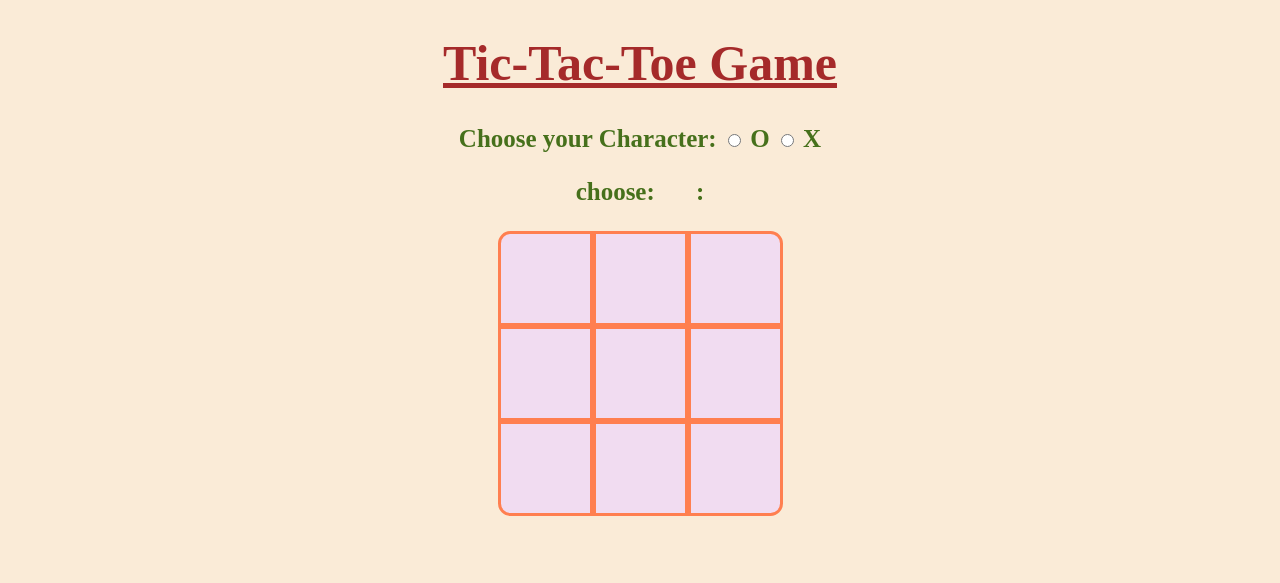
Repository: 0101chaitanya/Tic-Tac-Toe
Page: index.html
An editor plug-in stored every save of this project. The page is shown before and after the next save, followed by the edit.
The browser window is 1280 px wide. The pictures show the whole page.

Above is the page before, as saved 2021-06-12 13:31:22.

After the next save:
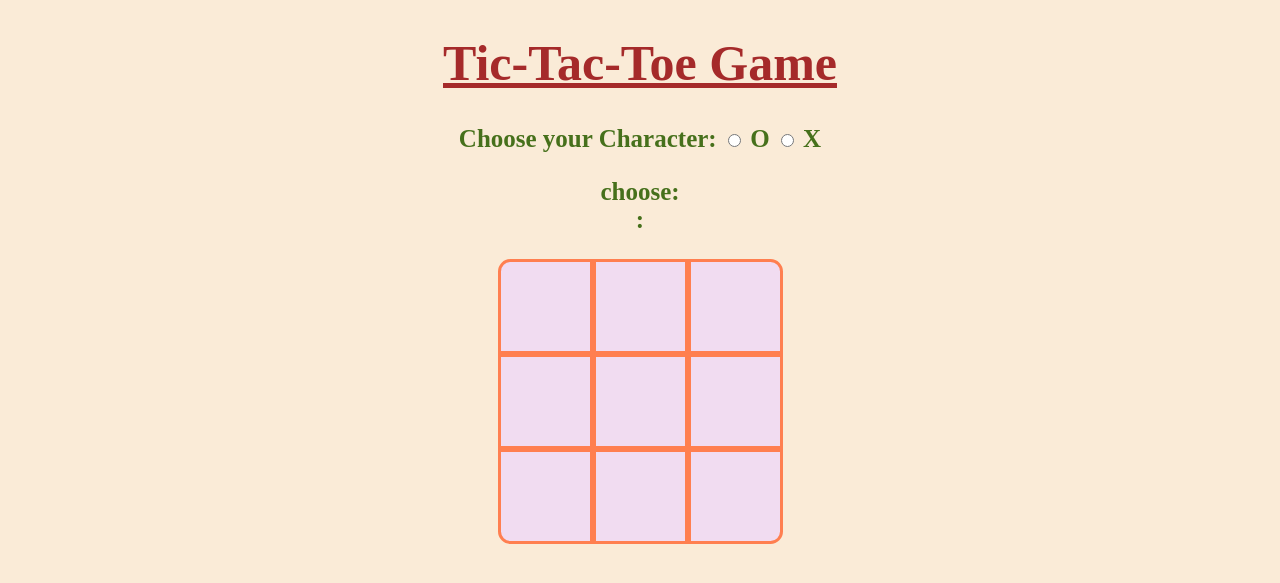
Saved 2 min 15 s later.
--- a/index.html
+++ b/index.html
@@ -21,8 +21,8 @@
 
         </form>
         <div id="player">
-            <span id='1'><input type=text placeholder='Player1'> choose:</span>
-            <span id='2'><input type=text placeholder='Player2'>:</span>
+            <div id='1'><input type=text placeholder='Player1'> choose:</div>
+            <div id='2'><input type=text placeholder='Player2'>:</div>
         </div>
         <form id="gameSquare">
             <section id="row1">
